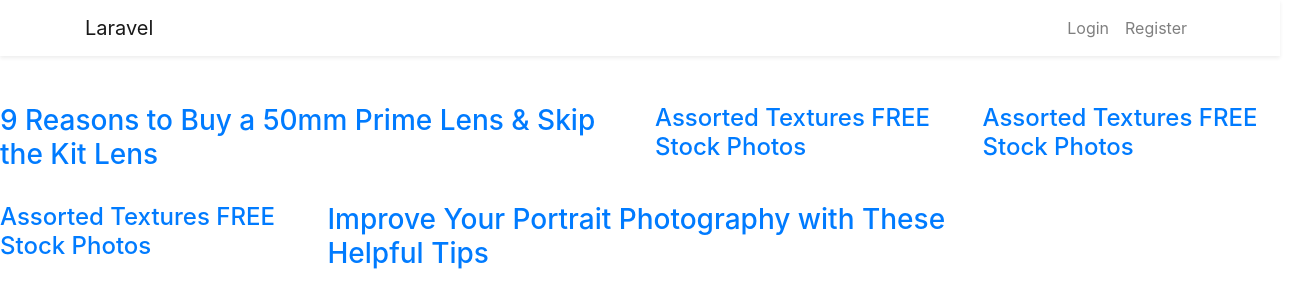
Repository: mohamedelbadawi/Simple-galley-using-laravel
Page: http://localhost/admin/albums
The author's editor kept a copy of each file at every save. The page is drawn from the files as they stood at one save, then again after the next save.
The browser window is 1280 px wide. The page is 1295 px wide, then 1280 px, so the pictures cover 1295 px, including what lies to the right of the window. The pictures show the whole page.
The page is served by the project's Laravel application, run on PHP 8.4 with Laravel 8. Queries for data that is not in the repository find no rows.

Above is the page before, as saved 2021-09-01 02:37:12.

After the next save:
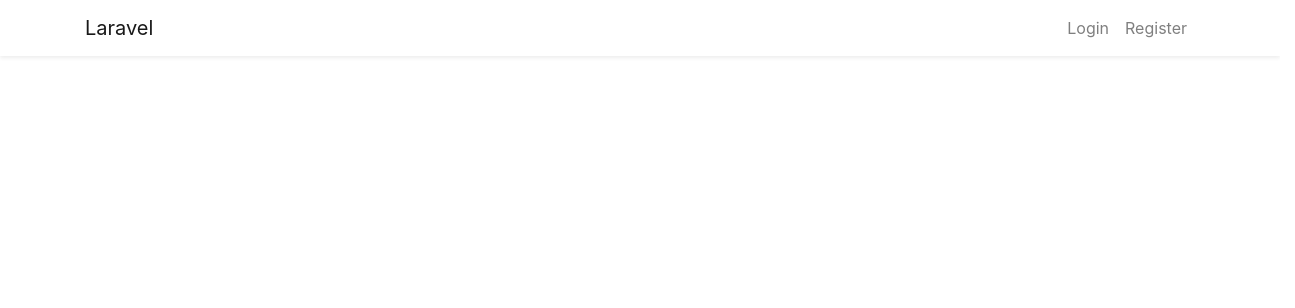
Saved 84 s later.
--- a/Gallery/resources/views/admin/albums/index.blade.php
+++ b/Gallery/resources/views/admin/albums/index.blade.php
@@ -7,52 +7,19 @@
             <div class="row blog__grid text-white">
                 <div class="col-lg-8 col-xl-9">
                     <div class="row">
-                        <div class="col-md-8 col-lg-7 col-xl-8">
-                            <div class="blog__item set-bg" data-setbg="img/blog/1.jpg">
-                                <div class="blog__content">
-                                    <div class="blog__date">DEC 18, 2019</div>
-                                    <h3><a href="./blog-single.html">9 Reasons to Buy a 50mm Prime Lens & Skip the Kit
-                                        Lens</a></h3>
+                        @foreach ($Albums as $album)
+
+                            <div class="col-md-8 col-lg-7 col-xl-8">
+                                <div class="blog__item set-bg" data-setbg="{{ asset($album->cover_image) }}">
+                                    <div class="blog__content">
+                                        <div class="blog__date">DEC 18, 2019</div>
+                                        <h3><a href="./blog-single.html">9 Reasons to Buy a 50mm Prime Lens & Skip the Kit
+                                                Lens</a></h3>
+                                    </div>
                                 </div>
                             </div>
-                        </div>
-                        <div class="col-md-4 col-lg-5 col-xl-4">
-                            <div class="blog__item set-bg" data-setbg="img/blog/2.jpg">
-                                <div class="blog__content">
-                                    <div class="blog__date">DEC 18, 2019</div>
-                                    <h4><a href="./blog-single.html">Assorted Textures FREE Stock Photos</a></h4>
-                                </div>
-                            </div>
-                        </div>
-                        <div class="col-md-4 col-lg-5 col-xl-4">
-                            <div class="blog__item set-bg" data-setbg="img/blog/4.jpg">
-                                <div class="blog__content">
-                                    <div class="blog__date">DEC 18, 2019</div>
-                                    <h4><a href="./blog-single.html">Assorted Textures FREE Stock Photos</a></h4>
-                                </div>
-                            </div>
-                        </div>
-                        <div class="col-md-8 col-lg-7 col-xl-8">
-                            <div class="blog__item set-bg" data-setbg="img/blog/5.jpg">
-                                <div class="blog__content">
-                                    <div class="blog__date">DEC 18, 2019</div>
-                                    <h3><a href="./blog-single.html">Improve Your Portrait Photography with These Helpful
-                                            Tips</a></h3>
-                                </div>
-                            </div>
-                        </div>
+                        @endforeach
                     </div>
                 </div>
-                <div class="col-lg-4 col-xl-3">
-                    <div class="blog__item blog__item--long set-bg" data-setbg="img/blog/3.jpg">
-                        <div class="blog__content">
-                            <div class="blog__date">DEC 18, 2019</div>
-                            <h4><a href="./blog-single.html">Assorted Textures FREE Stock Photos</a></h4>
-                        </div>
-                    </div>
-                </div>
-
-            </div>
-        </div>
     </section>
 @endsection
